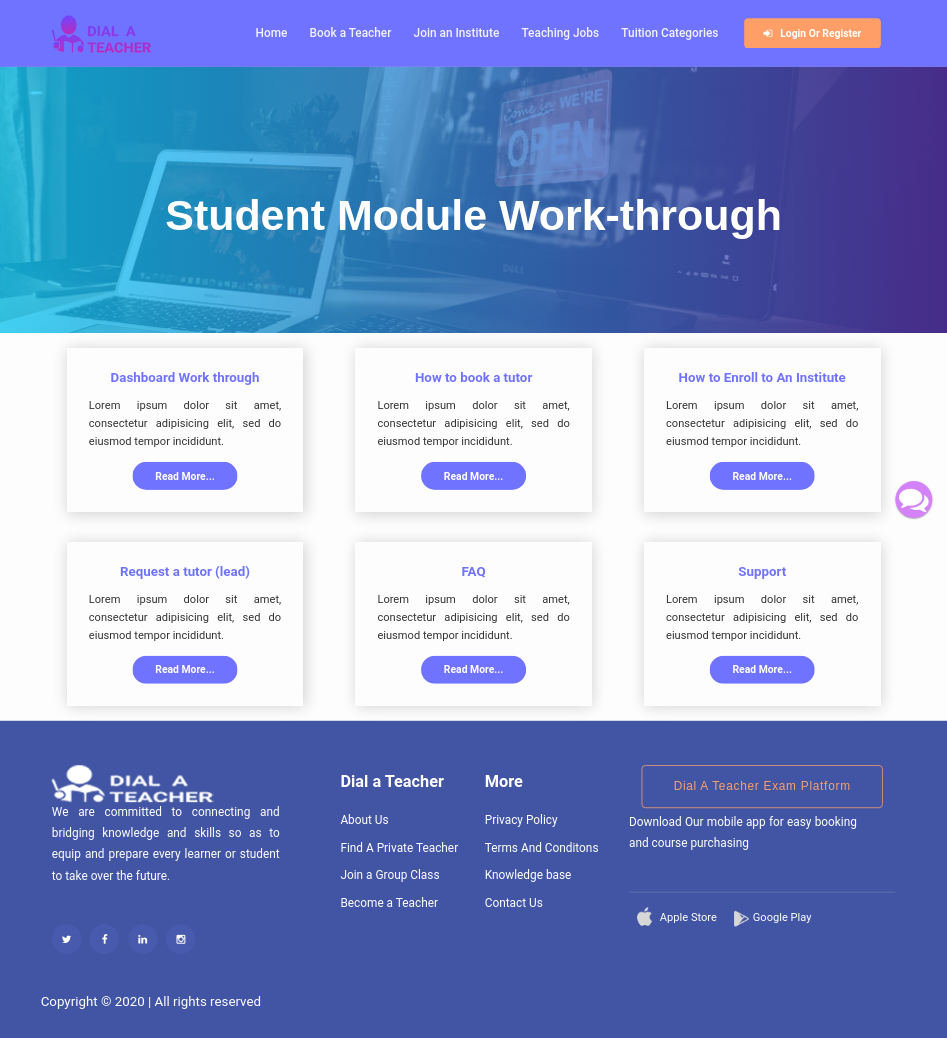
Repository: Samkiroko/DAT_knowledge
Page: stdashboard.html
An editor plug-in stored every save of this project. The page is shown before and after the next save, followed by the edit.
The browser window is 1280 px wide. The pictures show the whole page, at 74% of full size.

Above is the page before, as saved 2020-12-14 17:49:02.
Console error: TypeError: e.indexOf is not a function

After the next save:
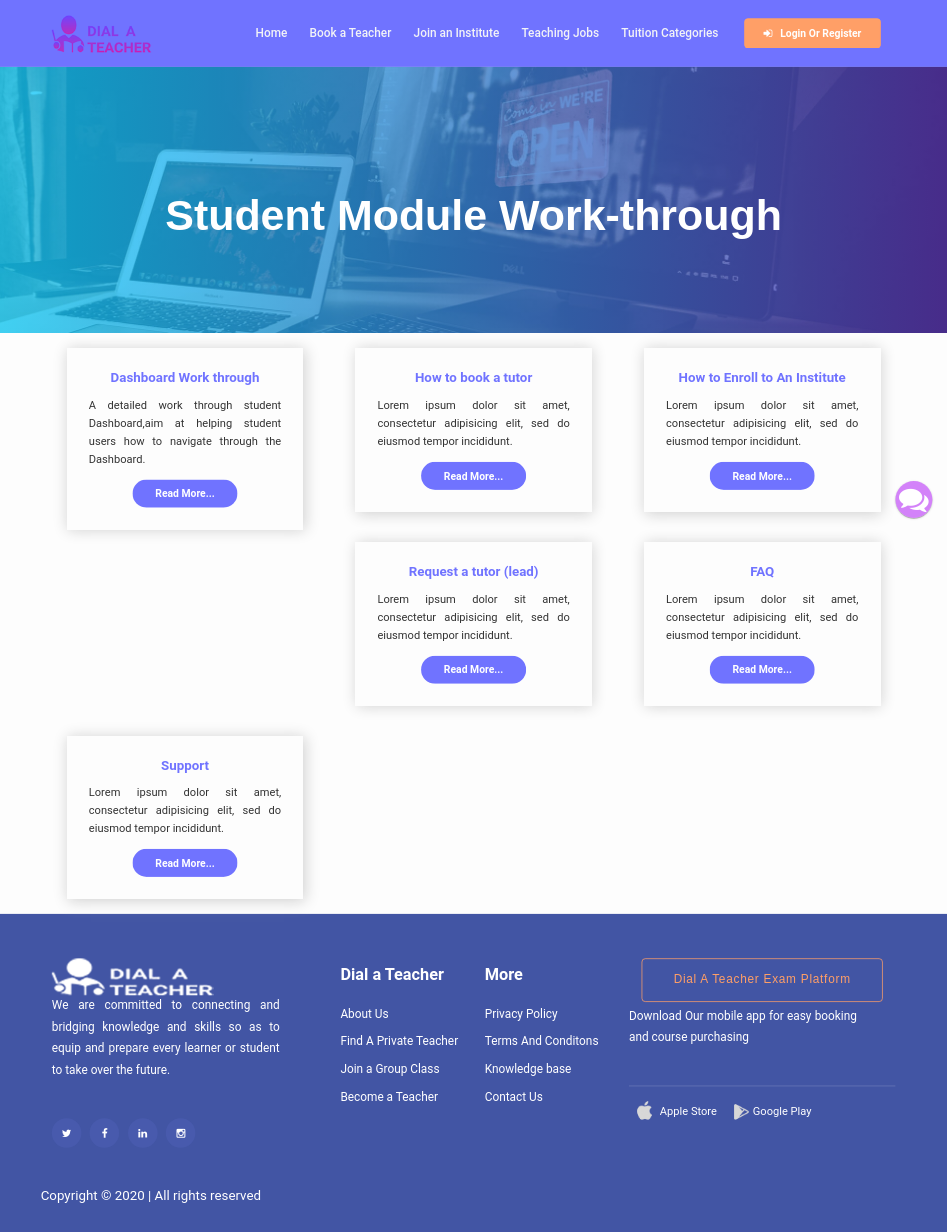
Saved 14 h 33 min later.
--- a/stdashboard.html
+++ b/stdashboard.html
@@ -108,8 +108,8 @@
           <div class="col-lg-4 col-md-4 col-sm-6 col-xs-12">
             <a href="details_st_db.html" class="mwb-documentation-section__lists overflow" data-aos="flip-up">
               <h3>Dashboard Work through</h3>
-              <p>Lorem ipsum dolor sit amet, consectetur adipisicing elit, sed do eiusmod tempor
-                incididunt.</p>
+              <p>A detailed work through student Dashboard,aim at helping student users how to
+                navigate through the Dashboard.</p>
               <button type="button" class="mwb-primary-btn mwb-documentation-section__btn">Read
                 more...</button>
             </a>
